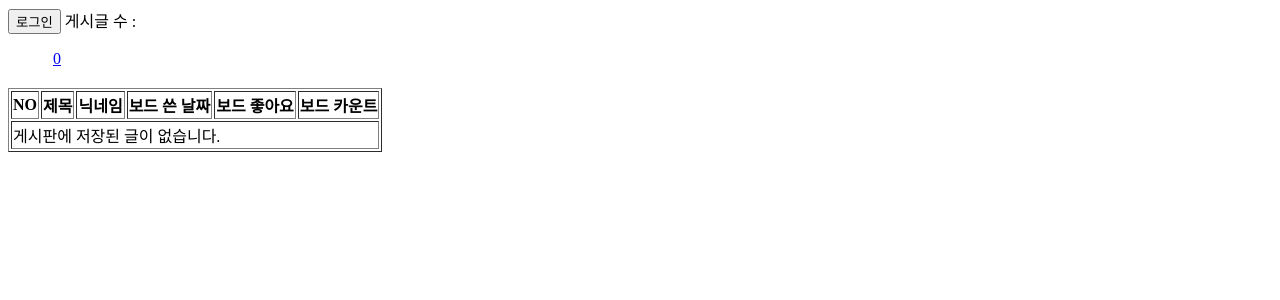
Repository: izuiw/team
Page: http://localhost/qCali/WEB-INF/views/board/mylist.jsp
The author's editor kept a copy of each file at every save. The page is drawn from the files as they stood at one save, then again after the next save.
The browser window is 1280 px wide. The pictures show the whole page.
The page is served by Tomcat 9. Nobody is signed in. The template is opened directly, without the code that normally fills it, so the values that code supplies are empty.

Above is the page before, as saved 2022-04-27 09:04:29.

After the next save:
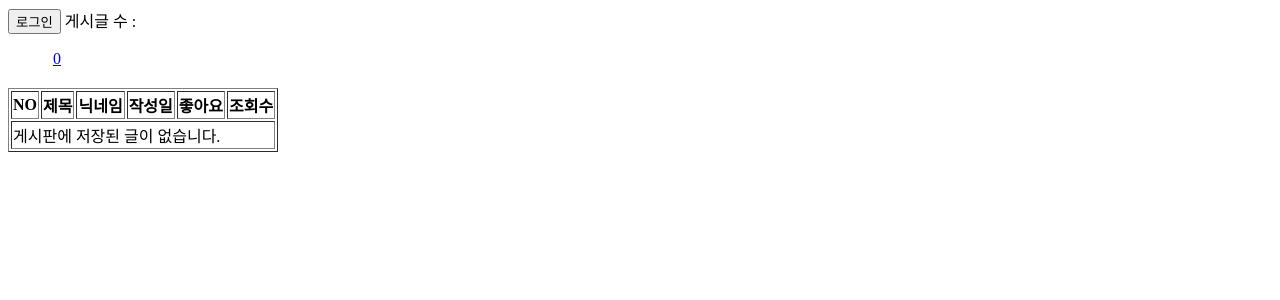
Saved 8 s later.
--- a/qCali/src/main/webapp/WEB-INF/views/board/mylist.jsp
+++ b/qCali/src/main/webapp/WEB-INF/views/board/mylist.jsp
@@ -70,9 +70,9 @@ li {
 			<th>NO</th>
 			<th>제목</th>
 			<th>닉네임</th>
-			<th>보드 쓴 날짜</th>
-			<th>보드 좋아요</th>
-			<th>보드 카운트</th>
+			<th>작성일</th>
+			<th>좋아요</th>
+			<th>조회수</th>
 
 
 		</tr>
